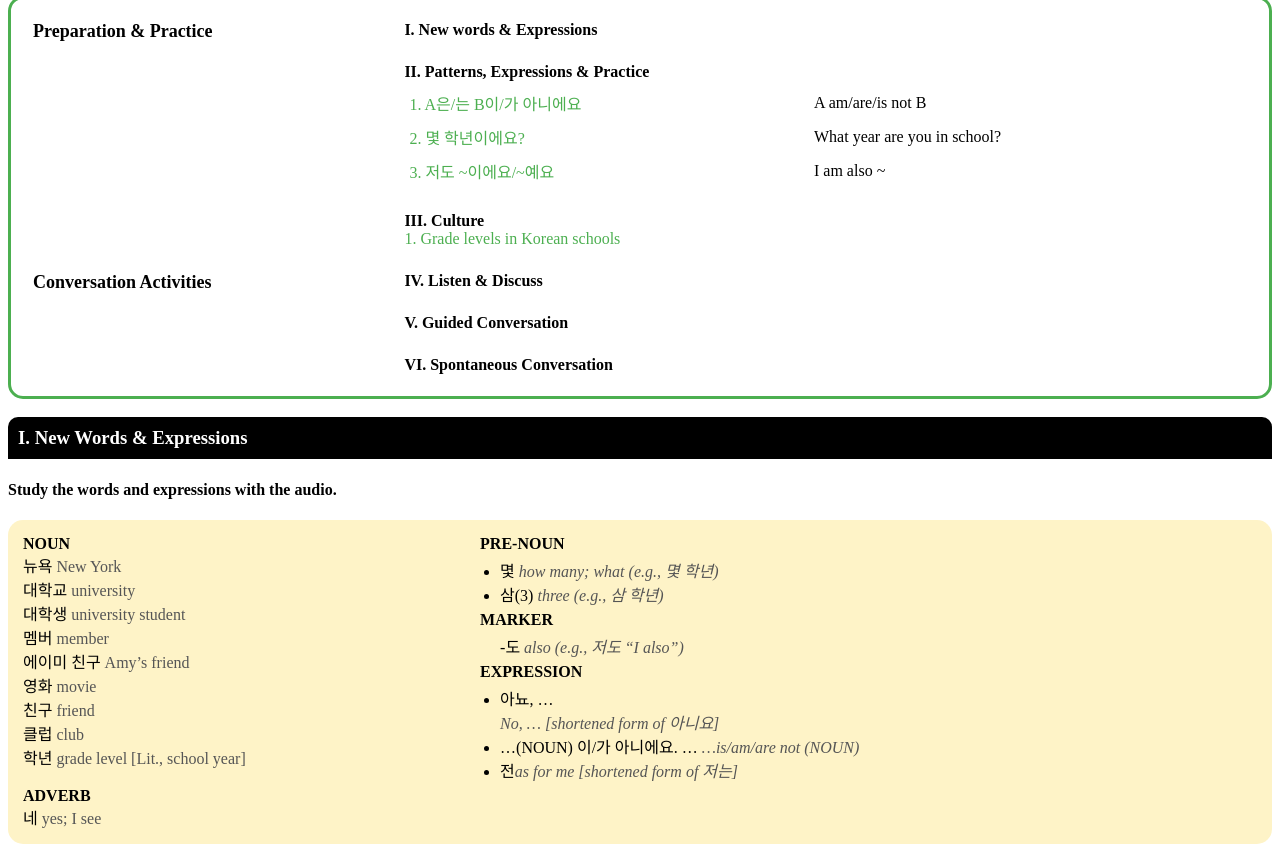
Repository: elliehong89/pineapple-content
Page: 1.anytimekorea/chap3/섹션1~3.html
An editor plug-in stored every save of this project. The page is shown before and after the next save, followed by the edit.
The browser window is 1280 px wide. The pictures show the part of the page from y = 416 to 1268 px (the page is 1268 px tall).
A picture or video elsewhere on the page could not be fetched, so the positions and the page height are approximate.

Above is the page before, as saved 2025-02-19 17:12:34.

### 1.anytimekorea/chap3/섹션1~3.html
<!-- +++++ 챕터 3 +++++  -->
<h2><strong>| Asking one's year in school and university</strong></h2>
<h4 class="caption">Asking one's year in school and university</h4>
<p><img src="http://api.pineapple.ac:80/textbook/textbookContents/images/9781635190151/0c3aafb0-3dfa-49e1-9001-c0cc26fb8da4.png"><br></p>

<!-- 섹션 2 -->
<div style="border: 3px solid #4CAF50; border-radius: 15px; padding: 10px;">
    <table style="border-collapse: collapse; width: 100%;">
        <tbody>
            <tr>
                <td rowspan="3" style="width: 30%; font-size: 18px; font-weight: bold; padding: 12px; vertical-align: top;">Preparation &amp; Practice</td>
                <td style="width: 70%; padding: 12px; font-weight: bold;">I. New words &amp; Expressions</td>
            </tr>
            <tr>
                <td style="padding: 12px;">
                    <strong>II. Patterns, Expressions &amp; Practice</strong>
                    <table style="width: 100%; border-collapse: collapse; margin-top: 5px;">
                        <tbody>
                            <tr>
                                <td style="color: #4CAF50; padding: 5px;">1. A은/는 B이/가 아니에요</td>
                                <td style="padding: 5px;">A am/are/is not B</td>
                            </tr>
                            <tr>
                                <td style="color: #4CAF50; padding: 5px;">2. 몇 학년이에요?</td>
                                <td style="padding: 5px;">What year are you in school?</td>
                            </tr>
                            <tr>
                                <td style="color: #4CAF50; padding: 5px;">3. 저도 ~이에요/~예요</td>
                                <td style="padding: 5px;">I am also ~</td>
                            </tr>
                        </tbody>
                    </table>
                </td>
            </tr>
            <tr>
                <td style="padding: 12px;">
                    <strong>III. Culture</strong><br>
                    <span style="color: #4CAF50;">1. Grade levels in Korean schools</span><br>
                </td>
            </tr>
            <tr>
                <td rowspan="3" style="width: 30%; font-size: 18px; font-weight: bold; padding: 12px; vertical-align: top;">Conversation Activities</td>
                <td style="padding: 12px;"><strong>IV. Listen &amp; Discuss</strong></td>
            </tr>
            <tr>
                <td style="padding: 12px;"><strong>V. Guided Conversation</strong></td>
            </tr>
            <tr>
                <td style="padding: 12px;"><strong>VI. Spontaneous Conversation</strong></td>
            </tr>
        </tbody>
    </table>
</div>

<!-- 섹션3 -->
<h3 style="border-top-left-radius: 10px; border-top-right-radius: 10px; color: #ffffff; background-color: #000000; padding: 10px;">I. New Words &amp; Expressions</h3>
<h4> Study the words and expressions with the audio.</h4>

<div style="border: 3px; background-color: rgb(254, 243, 199); border-radius: 15px; padding: 15px;">
    <div style="display: flex; gap: 20px;">
        <div style="width: 36%;">
            <div><strong>NOUN</strong></div>
            <div>뉴욕 <span style="color: #555;">New York</span></div>
            <div>대학교 <span style="color: #555;">university</span></div>
            <div>대학생 <span style="color: #555;">university student</span></div>
            <div>멤버 <span style="color: #555;">member</span></div>
            <div>에이미 친구 <span style="color: #555;">Amy’s friend</span></div>
            <div>영화 <span style="color: #555;">movie</span></div>
            <div>친구 <span style="color: #555;">friend</span></div>
            <div>클럽 <span style="color: #555;">club</span></div>
            <div>학년 <span style="color: #555;">grade level [Lit., school year]</span></div>
            <br>
            <div><strong>ADVERB</strong></div>
            <div>네 <span style="color: #555;">yes; I see</span></div>
        </div>
        <div style="width: 64%;">
            <div><strong>PRE-NOUN</strong></div>
            <ul style="padding-left: 20px; margin: 5px 0;">
                <li>몇 <span style="color: #555;"><em>how many; what (e.g., 몇 학년)</em></span></li>
                <li>삼(3)  <span style="color: #555;"><em>three (e.g., 삼 학년)</em></span></li>
            </ul>
            <div><strong>MARKER</strong></div>
            <ul style="padding-left: 20px; margin: 5px 0; list-style-type: none;">
                <li>-도 <span style="color: #555;"><em>also (e.g., 저도 “I also”)</em></span></li>
            </ul>
						<div><strong>EXPRESSION</strong></div>
						<ul style="padding-left: 20px; margin: 5px 0;">
							<li>아뇨, … </li> <span style="color: #555;"><em>No, … [shortened form of 아니요]</em></span></li>
							<li>…(NOUN) 이/가 아니에요. … <span style="color: #555;"><em>…is/am/are not (NOUN)</em></span></li>
							<li>전<span style="color: #555;"><em>as for me [shortened form of 저는]</em></span></li>
					</ul>
        </div>
    </div>
</div>

After the next save:
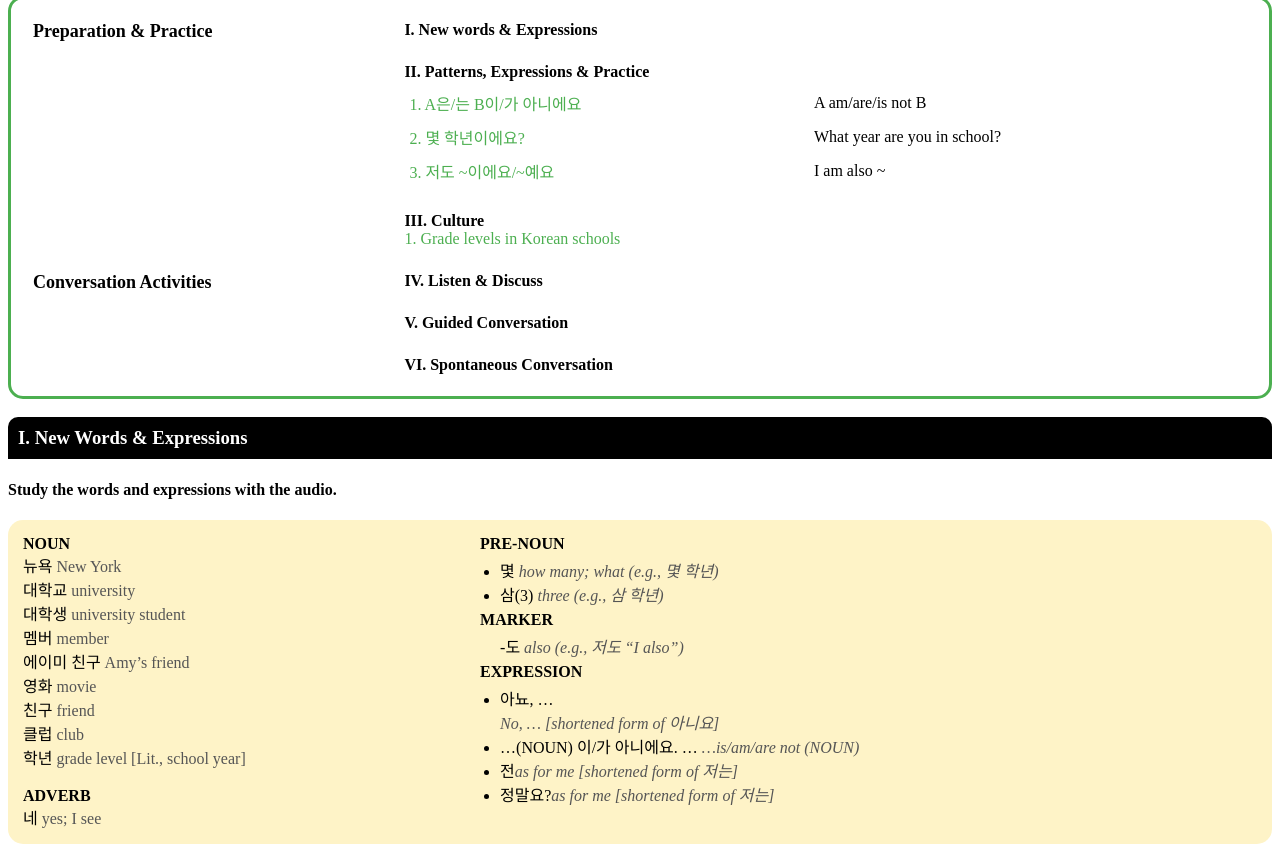
Saved 8 s later.
--- a/1.anytimekorea/chap3/섹션1~3.html
+++ b/1.anytimekorea/chap3/섹션1~3.html
@@ -88,6 +88,7 @@
 							<li>아뇨, … </li> <span style="color: #555;"><em>No, … [shortened form of 아니요]</em></span></li>
 							<li>…(NOUN) 이/가 아니에요. … <span style="color: #555;"><em>…is/am/are not (NOUN)</em></span></li>
 							<li>전<span style="color: #555;"><em>as for me [shortened form of 저는]</em></span></li>
+							<li>정말요?<span style="color: #555;"><em>as for me [shortened form of 저는]</em></span></li>
 					</ul>
         </div>
     </div>
